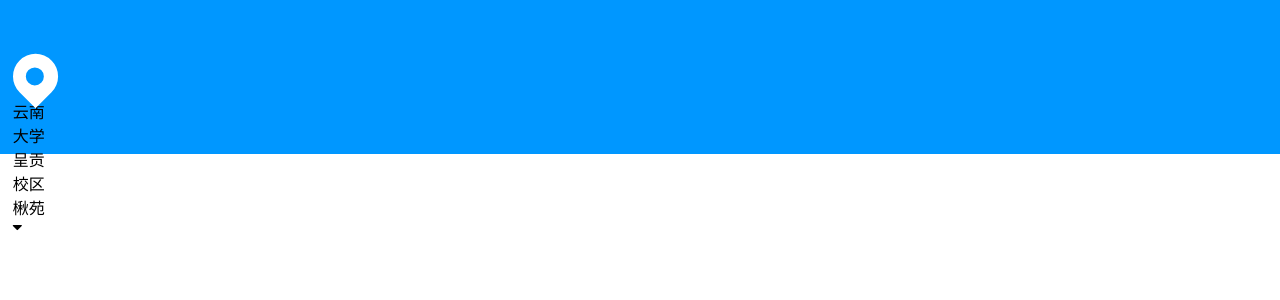
Repository: F000top/ele
Page: index.html
The author's editor kept a copy of each file at every save. The page is drawn from the files as they stood at one save, then again after the next save.
The browser window is 1280 px wide. The pictures show the whole page.

Above is the page before, as saved 2022-06-07 20:21:44.

### index.html
<!DOCTYPE html>
<html lang="en">
<head>
    <meta charset="UTF-8">
    <!-- 移动端网页必备 -->
    <meta name="viewport" content="width=device-width,initial-scale=1">
    <!-- 导入一些库文件 -->
    <link href="framework/font-awesome/css/font-awesome.min.css" rel="stylesheet">
    <link href="framework/reset.css" rel="stylesheet">
    <link href="framework/icon.css" rel="stylesheet">
    <link href="css/index.css" rel="stylesheet">

    <!-- 共通的放在前面，专门针对本页面的放在后面，————最后书写的有效 -->
    <meta http-equiv="X-UA-Compatible" content="IE=edge">
    <meta name="viewport" content="width=device-width, initial-scale=1.0">
    <title>Document</title>
</head>
<body>
    <!-- 总容器 ，wrapper包装-->
    <div class="wrapper">
            <!-- 头部  -->
            <header>
                <div class="icon-location-box">
                    <div class="icon-location"></div>
                    <div>云南大学呈贡校区楸苑 <i class="fa fa-caret-down"></i>   </div>
                </div>
            </header>
    </div>
</body>
</html>

### framework/reset.css
/***************** CSS重置 *******************/
/* 开发自己想要的东西 */
html,body,div,span,h1,h2,h3,h4,h5,h6,ul,ol,li,p{
	margin: 0;
	padding: 0;
}

html,body{
	width: 100%;
	height: 100%;
	font-family: "幼圆";

}

ul,ol{
	list-style: none;

}

/* 标签 */
a{
	text-decoration: none;
}

### framework/icon.css
/**
 * location 定位小图标
 * 说明：使用div标签，加上icon-location类样式即可。
 *       但需要放置在一个容器中，调整容器大小，图标能自适应容器大小。
 * 示例：
 * <div class="icon-location-box">
 *     <div class="icon-location"></div>
 * </div>
 */
.icon-location {
	position: relative;
	width: 100%;
	height: 100%;
	border-radius: 50% 50% 50% 0;
	background: #fff;
	transform: rotate(-45deg);
}
.icon-location:after {
	content: '';
	width: 40%;
	height: 40%;
	margin: 30% 0 0 29%;
	background-color: #0097FF;
	position: absolute;
	border-radius: 50%;
}

### css/index.css
/* 总容器 */
.wrapper{
    width: 100%;
    height: 100%;
}

/* 头部header */
.wrapper header{
    width: 100%;
    height: 12vw;
    background-color: #0097ff;

    display: flex;
    align-items: center;
}

.wrapper header .icon-location-box{
    width: 3.5vw;
    height: 3.5vw;
    margin: 0 1vw 0 ;
}

Loaded but not shown: framework/font-awesome/css/font-awesome.min.css (library)

After the next save:
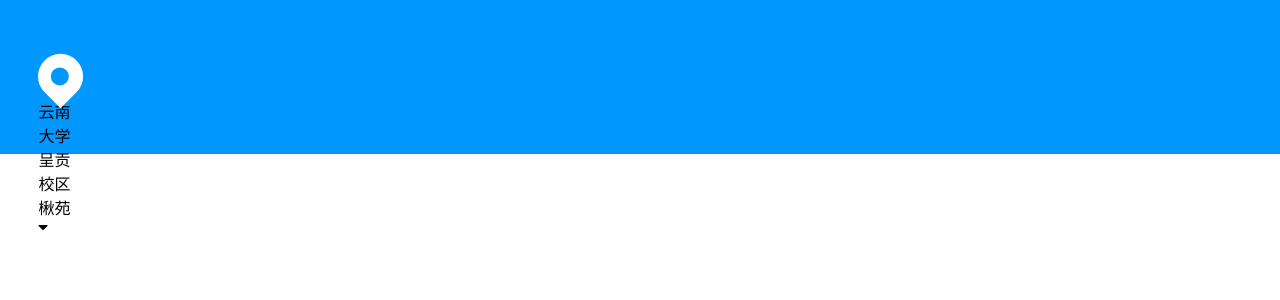
Saved 4 s later.
--- a/css/index.css
+++ b/css/index.css
@@ -17,5 +17,5 @@
 .wrapper header .icon-location-box{
     width: 3.5vw;
     height: 3.5vw;
-    margin: 0 1vw 0 ;
+    margin: 0 1vw 0 3vw;
 }
